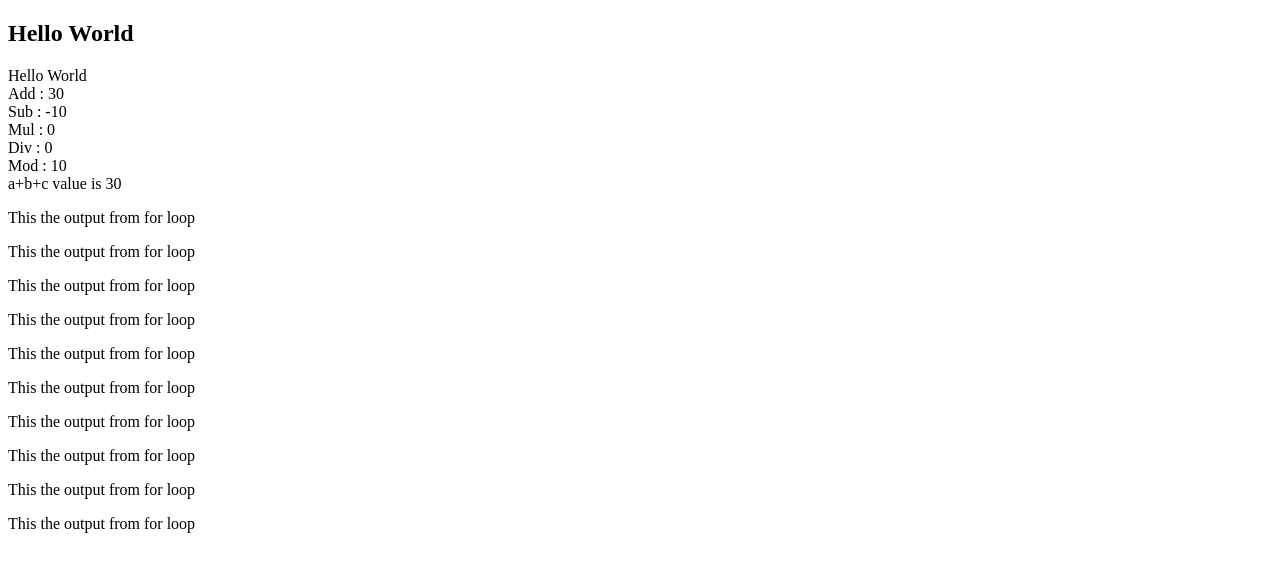
Repository: IFO45/epj
Page: http://localhost/com.5a1servlet/
An editor plug-in stored every save of this project. The page is shown before and after the next save, followed by the edit.
The browser window is 1280 px wide. The pictures show the whole page.
The page is served by Tomcat 10.

Above is the page before, as saved 2025-09-27 10:50:11.

After the next save:
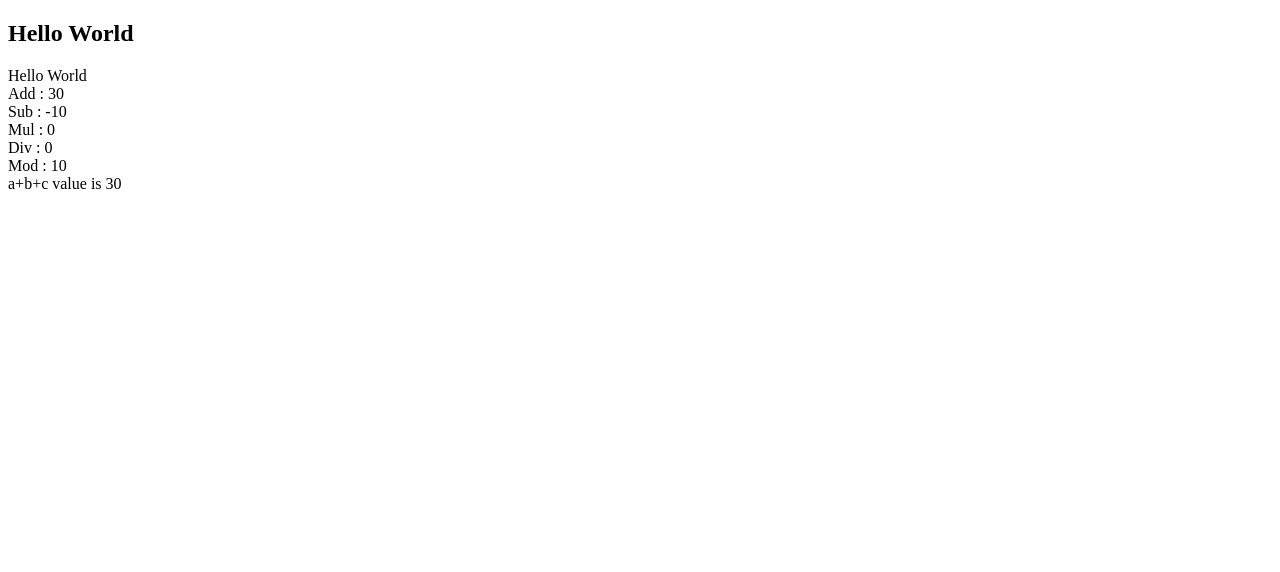
Saved 19 min 41 s later.
--- a/Practical 4 - JSP/com.5a1servlet/src/main/webapp/index.jsp
+++ b/Practical 4 - JSP/com.5a1servlet/src/main/webapp/index.jsp
@@ -29,8 +29,6 @@
 			}
 		%>
 
-		<% for(int i = 0; i < 10; i++ ){ %>
-			<p> This the output from for loop </p>
-		<% } %>
+
 	</body>
 </html>
